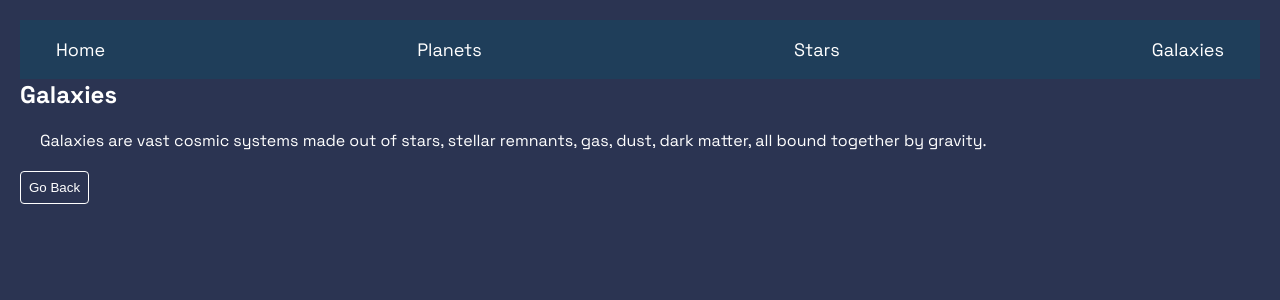
Repository: rmdayberry/Cosmic-Encyclopedia
Page: /galaxies
The author's editor kept a copy of each file at every save. The page is drawn from the files as they stood at one save, then again after the next save.
The browser window is 1280 px wide. The pictures show the whole page.
The project was rebuilt for these pictures with package versions that can differ from the ones it lists, and the page was loaded fresh each time. Also part of the build but not shown: vite.config.js, src/pages/Homepage.js.

Above is the page before, as saved 2024-08-31 16:07:57.

### index.html
<!DOCTYPE html>
<html lang="en">
  <head>
    <meta charset="UTF-8" />
    <meta name="viewport" content="width=device-width, initial-scale=1.0" />
    <title>Cosmic Encyclopedia</title>
  </head>
  <body>
    <div id="root"></div>
    <script type="module" src="/src/main.jsx"></script>
  </body>
</html>

### src/App.jsx
import { BrowserRouter as Router, Routes, Route } from "react-router-dom";
import NavBar from "./NavBar";
import NavigateBackButton from "./NavigateBackButton";

//pages
import Homepage from "./pages/Homepage";
import ContentPage from "./pages/ContentPage";

function App() {
  return (
    <Router>
      <NavBar />
      <Routes>
        <Route path="/" element={<Homepage />} />
        <Route path="/:id" element={<ContentPage />} />
      </Routes>
      <NavigateBackButton />
    </Router>
  );
}

export default App;

### src/index.css
@import url("https://fonts.googleapis.com/css2?family=Space+Grotesk:wght@300..700&display=swap");

:root {
  --primary: #1f3e5a;
  --secondary: #2b3452;
}

body {
  margin: 0;
  padding: 20px;
  font-family: "Space Grotesk";
  background-color: var(--secondary);
}
* {
  color: #fff;
  margin: 0;
}

p {
  margin: 20px;
}

button {
  border: 1px solid white;
  padding: 8px;
  border-radius: 4px;
  color: white;
  background: var(--primary);
  cursor: pointer;
}

.nav-bar {
  display: flex;
  justify-content: space-between;
  gap: 16px;
  align-items: center;
  padding: 10px 20px;
  background-color: var(--primary);
}

.nav-bar a {
  color: white;
  text-decoration: none;
  padding: 8px 16px;
  font-size: 18px;
  transition: color 0.3s;
}

.nav-bar a:hover {
  color: orangered;
}

.backBtn {
  background-color: var(--secondary);
  transition: color 0.3s;
}
.backBtn:hover {
  background-color: orangered;
}

### src/NavBar.jsx
import { Link } from "react-router-dom";

export default function NavBar() {
  return (
    <nav className="nav-bar">
      <Link to="/">Home</Link>
      <Link to="/planets">Planets</Link>
      <Link to="/stars">Stars</Link>
      <Link to="/galaxies">Galaxies</Link>
    </nav>
  );
}

### src/NavigateBackButton.jsx
import { useNavigate } from "react-router-dom";

const NavigateBackButton = () => {
  const navigate = useNavigate();

  return (
    <button className="backBtn" onClick={() => navigate(-1)}>
      Go Back
    </button>
  );
};

export default NavigateBackButton;

### src/pages/ContentPage.jsx
import { useParams } from "react-router-dom";
import celestialData from "../data/celestialData";

export default function ContentPage() {
  const { id } = useParams();
  const content = celestialData[id];

  if (!content) {
    return <p>Content not found. Please choose another celestial object.</p>;
  }
  return (
    <div>
      <h2>{content.title}</h2>
      <p>{content.description}</p>
    </div>
  );
}

### src/data/celestialData.js
const celestialData = {
  planets: {
    title: "Planets",
    description:
      "Planets are facinating worlds that orbit around stars, each with unique characteristics, landscapes, and atmospheres. From the icy rings of Saturn, to the fiery surface of Venus, these celestial bodies offer endless opportunities for exploration and discovery",
  },
  stars: {
    title: "Stars",
    description:
      "Stars are massive, luminous spheres of plasma held together by gravity. The closest star to Earth is the Sun.",
  },
  galaxies: {
    title: "Galaxies",
    description:
      "Galaxies are vast cosmic systems made out of stars, stellar remnants, gas, dust, dark matter, all bound together by gravity.",
  },
};

export default celestialData;

Loaded but not shown: src/main.jsx (common file)

After the next save:
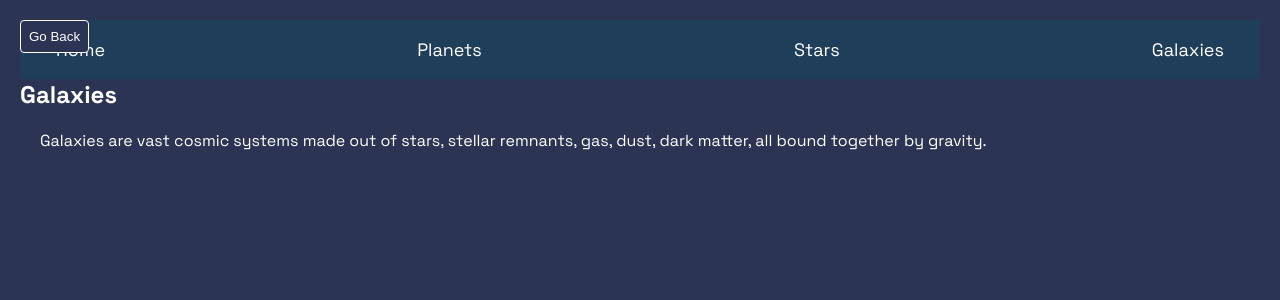
Saved 82 s later.
--- a/src/index.css
+++ b/src/index.css
@@ -51,6 +51,9 @@ button {
 }
 
 .backBtn {
+  position: absolute;
+  top: 20px;
+  left: 20px;
   background-color: var(--secondary);
   transition: color 0.3s;
 }
